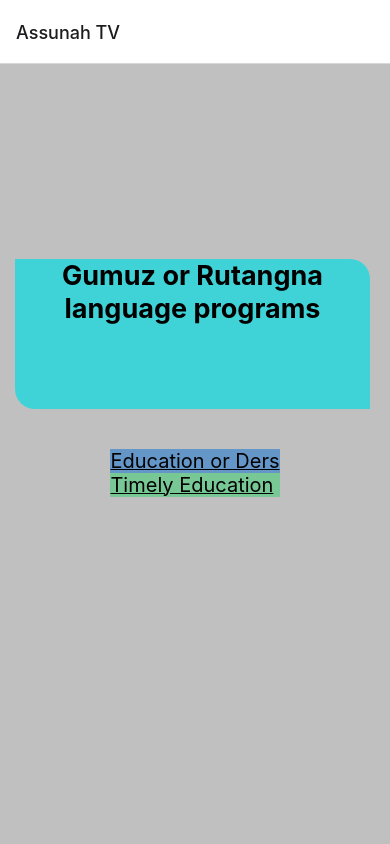
Repository: abdurehmanali611/Assunah_TV
Screen: /Gumuz
An editor plug-in stored every save of this project. The screen is shown before and after the next save, followed by the edit.
The app was drawn by React Native's web renderer in a window 390 px wide. The project was rebuilt for these pictures with package versions that can differ from the ones it lists, and the page was loaded fresh each time. Also part of the build but not shown: Constants/Home.js, Constants/AboutUs.js, Constants/Contacts.js, Constants/AssunahFolder.js, Constants/AssunahKids.js, Constants/AdditionalExtra.js, Constants/Qiratcenter.js, Programs/AmharicPrograms.js and 29 more.

Above is the screen before, as saved 2024-01-08 23:40:23.

### App.js
import { createStackNavigator } from "@react-navigation/stack";
import { NavigationContainer } from "@react-navigation/native";

import Home from "./Constants/Home";
import AboutUs from "./Constants/AboutUs";
import Contacts from "./Constants/Contacts";
import AssunahFolder from "./Constants/AssunahFolder";
import AssunahKids from "./Constants/AssunahKids";
import AdditionalExtra from "./Constants/AdditionalExtra";
import Qiratcenter from "./Constants/Qiratcenter";
import AmharicPrograms from './Programs/AmharicPrograms'
import ArabicPrograms from './Programs/ArabicPrograms'
import AffanOromo from './Programs/AffanOromo'
import Afar from './Programs/Afar'
import Ethio_Somali from './Programs/Ethio_Somali'
import Gumuz from './Programs/Gumuz'
import Hadere from './Programs/Hadere'
import Halaba from './Programs/Halaba'
import Tigrigna from './Programs/Tigrigna'
import LoginQirat from "./Assunah_Qirat_Center/LoginQirat";
import LoginQirat2 from "./Assunah_Qirat_Center/LoginQirat2";
import Logged from "./Assunah_Qirat_Center/Logged";
import Afarlink from "./Program_Links/Afarlink";
import AffanOromolink from "./Program_Links/AffanOromolink";
import Amhariclink from "./Program_Links/Amhariclink";
import Arabiclink from "./Program_Links/Arabiclink";
import EthioSomalilink from "./Program_Links/EthioSomalilink";
import Gumuzlink from "./Program_Links/Gumuzlink";
import Haderelink from "./Program_Links/Haderelink";
import Halabalink from "./Program_Links/Halabalink";
import Tigraylink from "./Program_Links/Tigraylink";
import Support from "./Additional/Support";
import Help from "./Additional/Help";
import Rate from "./Additional/Rate";
import Amhariclink_2 from "./Program_Links/Amhariclink_2";
import Amhariclink_3 from "./Program_Links/Amhariclink_3";
import Amhariclink_4 from "./Program_Links/Amhariclink_4";
import Amhariclink_5 from "./Program_Links/Amhariclink_5";
import AffanOromolink_2 from "./Program_Links/AffanOromolink_2";
import Siltgnalink from "./Program_Links/Siltgnalink";
import Siltgna from "./Programs/Siltgna";

const stack = createStackNavigator();

const App = () => {

  return (
    <NavigationContainer>
      <stack.Navigator initialRouteName="Gumuz" >
         <stack.Screen name="Home" component={Home} options={{title: 'Assunah TV'}}/>
         <stack.Screen name="Qirat" component={Qiratcenter} options={{title: 'Assunah TV'}}/>
         <stack.Screen name="About" component={AboutUs} options={{title: 'Assunah TV'}}/>
         <stack.Screen name="Contact" component={Contacts} options={{title: 'Assunah TV'}}/>
         <stack.Screen name="Assunah" component={AssunahFolder} options={{title: 'Assunah TV'}}/>
         <stack.Screen name="Kids" component={AssunahKids} options={{title: 'Assunah TV'}}/>
         <stack.Screen name="Extra" component={AdditionalExtra} options={{title: 'Assunah TV'}}/>
         <stack.Screen name="Amharic" component={AmharicPrograms} options={{title: 'Assunah TV'}}/>
         <stack.Screen name="Arabic" component={ArabicPrograms} options={{title: 'Assunah TV'}}/>
         <stack.Screen name="Oromo" component={AffanOromo} options={{title: 'Assunah TV'}}/>
         <stack.Screen name="Afar" component={Afar} options={{title: 'Assunah TV'}}/>
         <stack.Screen name="Somali" component={Ethio_Somali} options={{title: 'Assunah TV'}}/>
         <stack.Screen name="Gumuz" component={Gumuz} options={{title: 'Assunah TV'}}/>
         <stack.Screen name="siltgna" component={Siltgna} options={{title: 'Assunah TV'}}/>
         <stack.Screen name="Halaba" component={Halaba} options={{title: 'Assunah TV'}}/>
         <stack.Screen name="Tigray" component={Tigrigna} options={{title: 'Assunah TV'}}/>
         <stack.Screen name="hadere" component={Hadere} options={{title: 'Assunah TV'}}/>
         <stack.Screen name="Login" component={LoginQirat} options={{title: 'Assunah TV'}}/>
         <stack.Screen name="Login2" component={LoginQirat2} options={{title: 'Assunah TV'}}/>
         <stack.Screen name="Logged" component={Logged} options={{title: 'Assunah TV'}}/>
         <stack.Screen name="Afarlink" component={Afarlink} options={{title: 'Assunah TV'}}/>
         <stack.Screen name="Oromolink" component={AffanOromolink} options={{title: 'Assunah TV'}}/>
         <stack.Screen name="Oromolink2" component={AffanOromolink_2} options={{title: 'Assunah TV'}}/>
         <stack.Screen name="Amhariclink" component={Amhariclink} options={{title: 'Assunah TV'}}/>
         <stack.Screen name="Amhariclink2" component={Amhariclink_2} options={{title: 'Assunah TV'}}/>
         <stack.Screen name="Amhariclink3" component={Amhariclink_3} options={{title: 'Assunah TV'}}/>
         <stack.Screen name="Amhariclink4" component={Amhariclink_4} options={{title: 'Assunah TV'}}/>
         <stack.Screen name="Amhariclink5" component={Amhariclink_5} options={{title: 'Assunah TV'}}/>
         <stack.Screen name="Arabiclink" component={Arabiclink} options={{title: 'Assunah TV'}}/>
         <stack.Screen name="EthioSomalilink" component={EthioSomalilink} options={{title: 'Assunah TV'}}/>
         <stack.Screen name="Gumuzlink" component={Gumuzlink} options={{title: 'Assunah TV'}}/>
         <stack.Screen name="siltgnalink" component={Siltgnalink} options={{title: 'Assunah TV'}}/>
         <stack.Screen name="Halabalink" component={Halabalink} options={{title: 'Assunah TV'}}/>
         <stack.Screen name="Haderelink" component={Haderelink} options={{title: 'Assunah TV'}}/>
         <stack.Screen name="Tigraylink" component={Tigraylink} options={{title: 'Assunah TV'}}/>
         <stack.Screen name="support" component={Support} options={{title: 'Assunah TV'}}/>
         <stack.Screen name="help" component={Help} options={{title: 'Assunah TV'}}/>
         <stack.Screen name="rate" component={Rate} options={{title: 'Assunah TV'}}/>
      </stack.Navigator>
    </NavigationContainer>

  )
};

export default App;

### Programs/Gumuz.js
import React from "react";
import { View, Text, ScrollView, StyleSheet } from "react-native";
import { Link } from "@react-navigation/native";

const Gumuz = () => {

    return(
        <View style = {{backgroundColor: 'silver',flex: 1,justifyContent: 'flex-start'}}>
            <View>
            <Text style = {styles.header}>
               Gumuz or Rutangna language programs
            </Text>
            <View style = {{alignItems: 'center'}}>
            <ScrollView>
                <Link
                style = {{backgroundColor: `rgb(100,150,200)`,marginHorizontal: 20,textDecorationLine: 'underline'}}
                to={'/Gumuzlink'}>
                <Text style = {{fontSize: 20}}>Education or Ders</Text>
                </Link>
                <Link
                style = {{backgroundColor: `rgb(120,200,150)`,marginHorizontal: 20,textDecorationLine: 'underline'}}
                to={'/Gumuzlink'}>
                <Text style = {{fontSize: 20}}>Timely Education</Text>
                </Link>
            </ScrollView>
            </View>
        </View>
        </View>
    )
}

const randomRGB = () => {

    const red = Math.floor(Math.random() * 256)
    const green = Math.floor(Math.random() * 256)
    const blue = Math.floor(Math.random() * 256)

    return `rgb(${red},${green},${blue})`
}

const styles = StyleSheet.create ({
    link: {
        backgroundColor: randomRGB(),
        marginHorizontal: 20,
        width: 300,
        marginVertical: 10,
        height: 70,
        textAlignVertical: 'center',
        textAlign: 'center',
        borderTopRightRadius: 30,
        borderBottomLeftRadius: 30
    },
    header: {
        fontSize: 27,
        fontWeight: 'bold',
        textAlign: 'center',
        marginTop: '50%',
        marginBottom: 40,
        backgroundColor: randomRGB(),
        width: 355,
        marginHorizontal: 15,
        borderBottomLeftRadius: 20,
        borderTopRightRadius: 20,
        height: 150,
        textAlignVertical: 'center'
    }
})


export default Gumuz

After the next save:
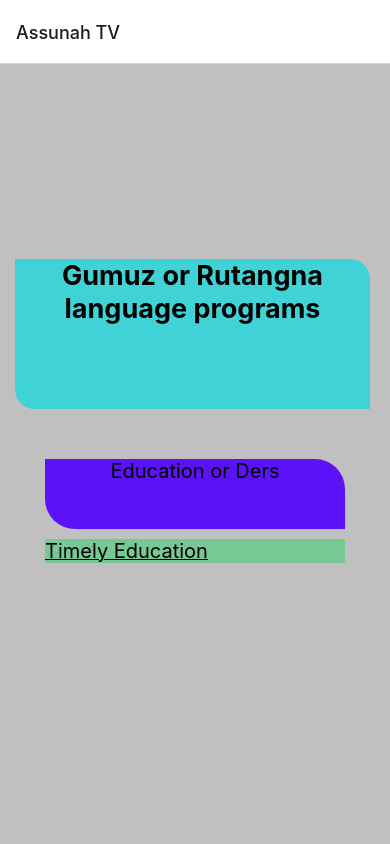
Saved 9 s later.
--- a/Programs/Gumuz.js
+++ b/Programs/Gumuz.js
@@ -13,7 +13,7 @@
             <View style = {{alignItems: 'center'}}>
             <ScrollView>
                 <Link
-                style = {{backgroundColor: `rgb(100,150,200)`,marginHorizontal: 20,textDecorationLine: 'underline'}}
+                style = {styles.link}
                 to={'/Gumuzlink'}>
                 <Text style = {{fontSize: 20}}>Education or Ders</Text>
                 </Link>
